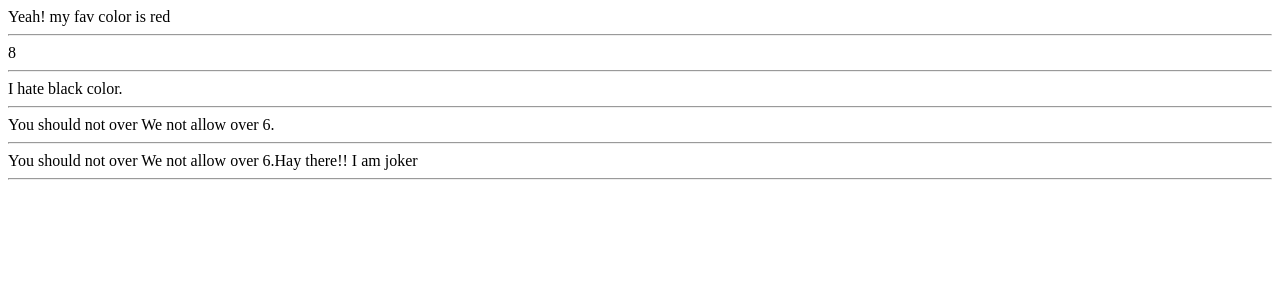
Repository: hsumyatm7308/PHP
Page: http://localhost/l38trycatch.php
The author's editor kept a copy of each file at every save. The page is drawn from the files as they stood at one save, then again after the next save.
The browser window is 1280 px wide. The pictures show the whole page.
The page is run by PHP 8.4 with error messages shown; the project is at /var/www/html/.

Above is the page before, as saved 2023-05-12 17:59:22.

### part1/l38trycatch.php
<?php

ini_set("display_errors",1);

function mycolor($col){
   if($col !== "red"){
    throw new Exception("I hate $col color");
   }

   return "Yeah! my fav color is $col";
}

echo mycolor("red");

echo "<hr>";

function mynum($base,$power){

    if($power > 3){
        throw new Exception("We not allow over $power");
    }

    $result = pow($base,$power);

    return $result;
}

echo mynum(2,3);

echo "<hr>";

// => try..catch Statement
// try{
// //    code to be exectued
// }catch(Exception $e){
//     //   code to be exception is caught
// }


function mycolour($col){
    if($col !== "red"){
        throw new Exception("I hate $col color.");
    }

    return "Yeach! my fa color is $col.";
}


// try{
//    echo mycolour("black");
// }catch(Exception $e){
//    echo "You should not try with this color.";
// }



try{
    echo mycolour("black");
 }catch(Exception $e){
    echo   $e->getMessage();
 }


echo "<hr>";


function mynumber($base,$power){
    if($power > 5){
        throw new Exception("We not allow over $power.");
    }

    $result = pow($base,$power);
    return $result;

}

try{
    echo mynumber(3,6);
}catch(Exception $e){
    echo "You should not over ".$e->getMessage();
}

echo "<hr>";

// => try...catch..finally Statement
// try{

// }catch(Exception $e){

// }finally{
    //  အပေါ်ကကောင် မှန်မှန်မှားမှား ဆက်လုပ်သွားမှာ
// }


function myval($base,$power){
    if($power > 5){
        throw new Exception("We not allow over $power.");
    }

    $result = pow($base,$power);
    return $result;

}

try{
    echo myval(3,6);
}catch(Exception $e){
    echo "You should not over ".$e->getMessage();
}finally{
    echo "Hay there!! I am joker";
}

echo "<hr>";

?>

After the next save:
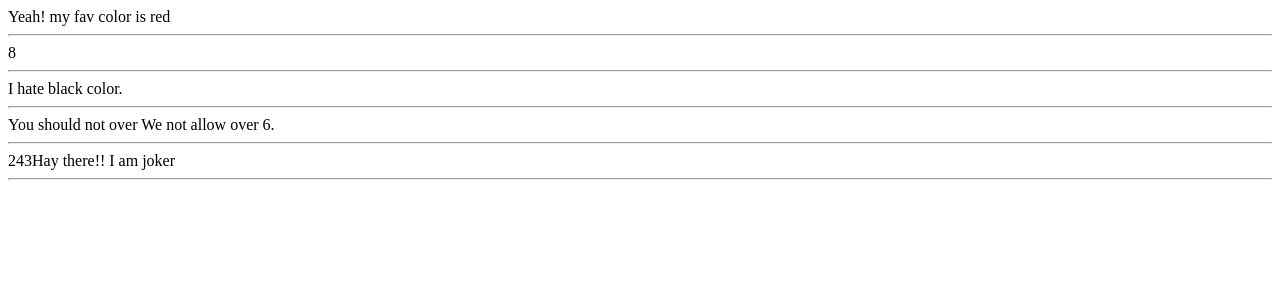
Saved 39 s later.
--- a/part1/l38trycatch.php
+++ b/part1/l38trycatch.php
@@ -103,7 +103,7 @@ function myval($base,$power){
 }
 
 try{
-    echo myval(3,6);
+    echo myval(3,5);
 }catch(Exception $e){
     echo "You should not over ".$e->getMessage();
 }finally{
